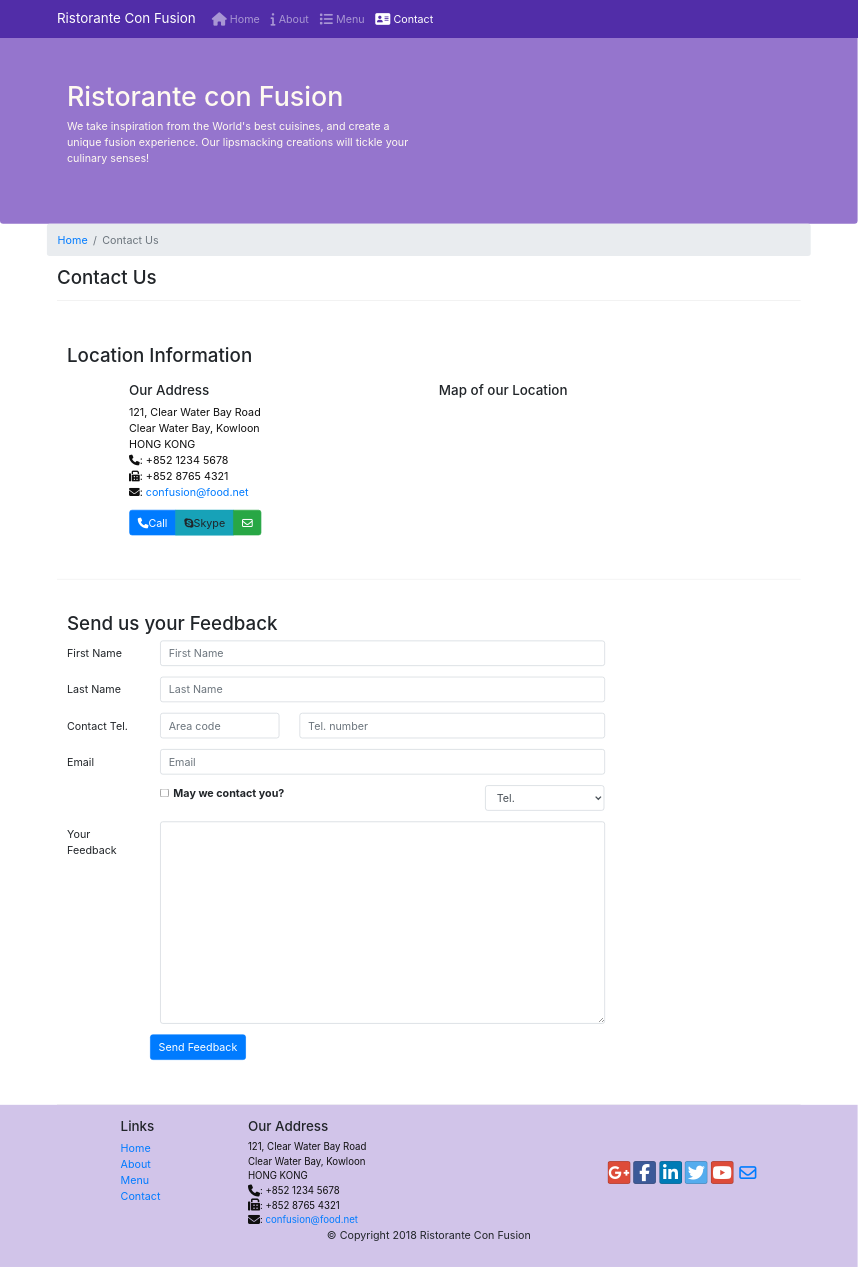
Repository: HwZau/conFusion
Page: contactus.html
An editor plug-in stored every save of this project. The page is shown before and after the next save, followed by the edit.
The browser window is 1280 px wide. The pictures show the whole page, at 67% of full size.
Some web libraries are served in a nearby version.

Above is the page before, as saved 2022-05-26 10:50:49.

After the next save:
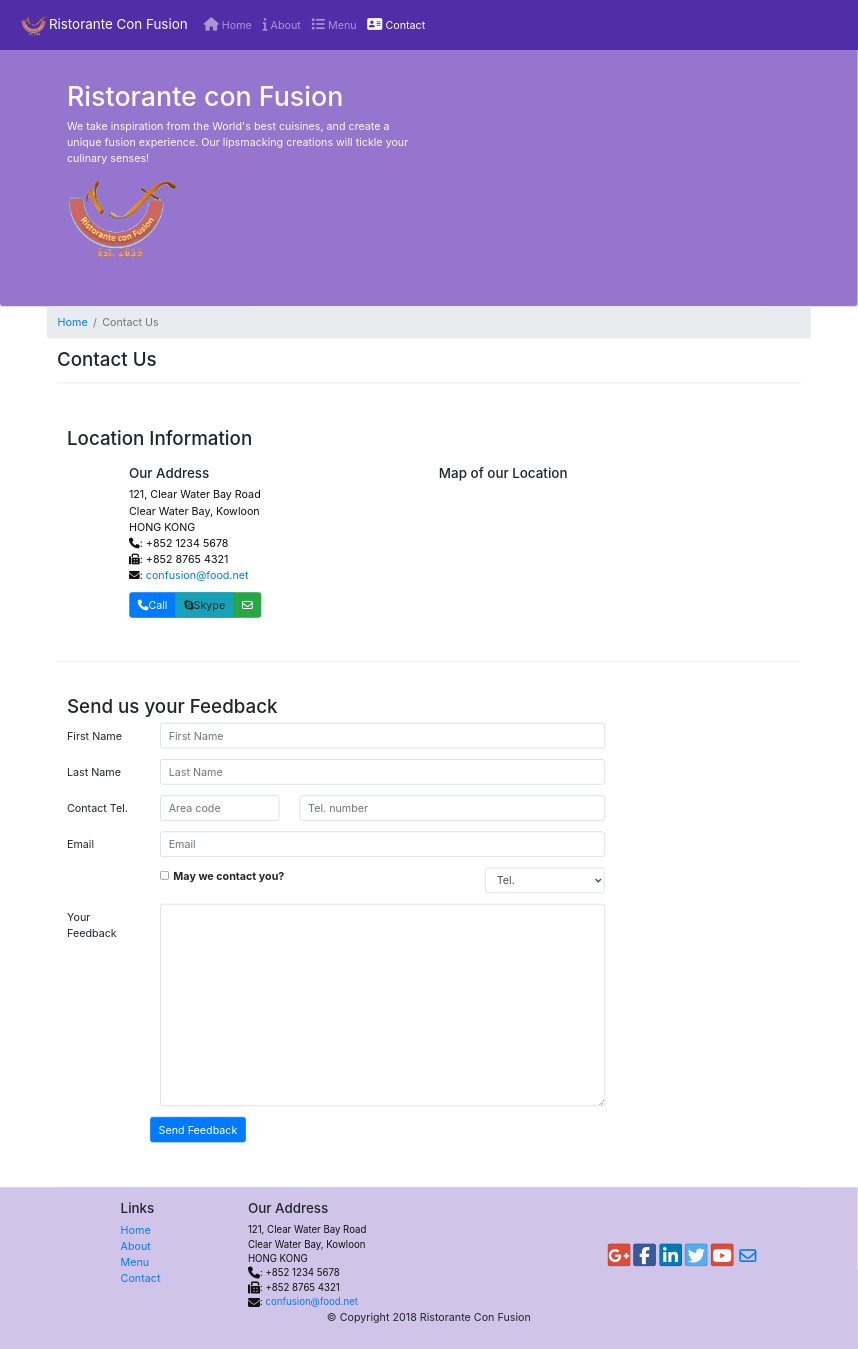
Saved 15 s later.
--- a/contactus.html
+++ b/contactus.html
@@ -17,11 +17,12 @@
 
 <body>
   <nav class="navbar navbar-dark navbar-expand-sm fixed-top">
-    <div class="container">
+    <div class="navbar">
       <button class="navbar-toggler" type="button" data-toggle="collapse" data-target="#Navbar">
         <span class="navbar-toggler-icon"></span>
       </button>
 
+      <a class="navbar-brand mr-auto" href="#"><img src="img/logo.png" height="30" width="41"></a>
       <a class="navbar-brand" href="#">Ristorante Con Fusion</a>
       <div class="collapse navbar-collapse" id="Navbar">
         <ul class="navbar-nav mr-auto">
@@ -53,7 +54,9 @@
             your culinary senses!
           </p>
         </div>
-        <div class="col-12 col-sm"></div>
+      </div>
+      <div class="col-12 col-sm align-self-center">
+        <img src="img/logo.png" alt="" class="img-fluid">
       </div>
     </div>
   </header>
